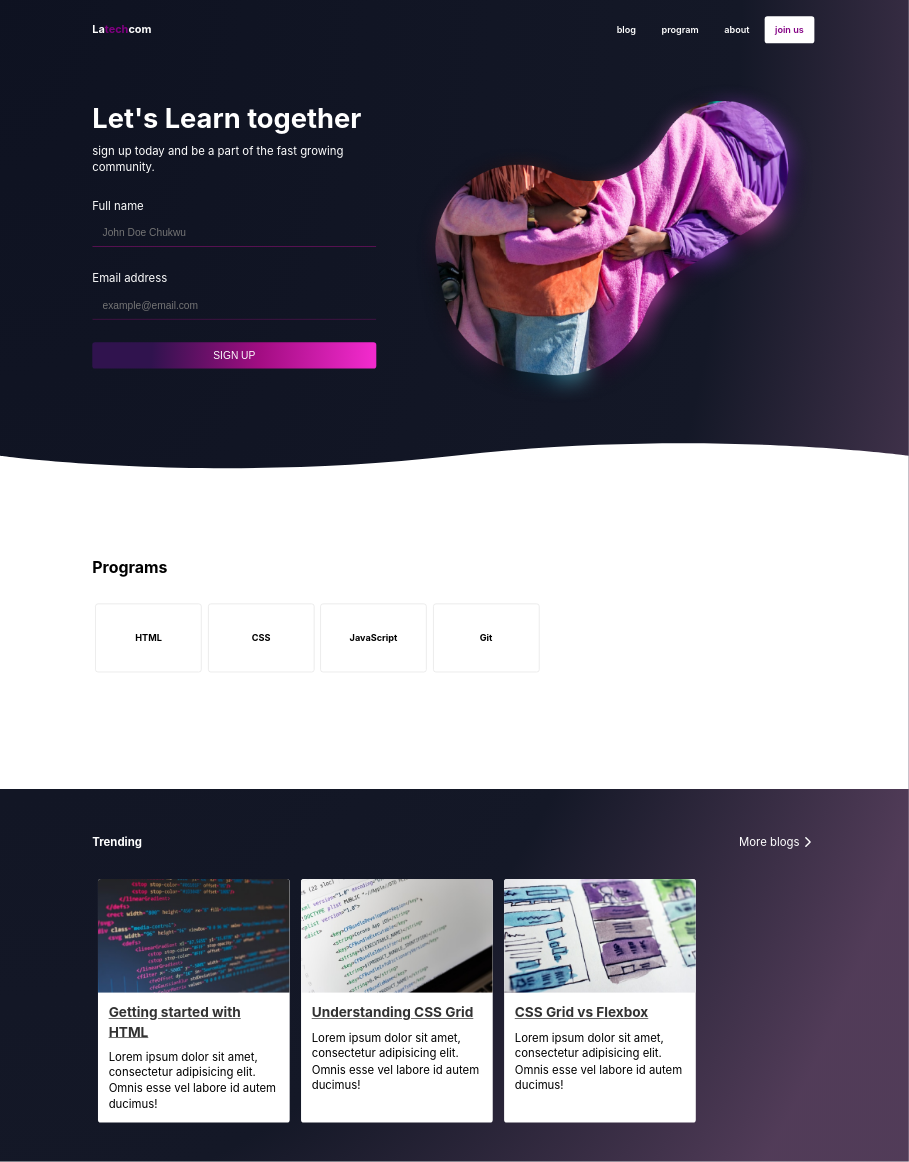
Repository: giprim/community
Page: /
These files come from the project's save history. The page is drawn as it stood at one moment and after a run of saves; the edit follows.
The browser window is 1280 px wide. The pictures show the whole page, at 71% of full size.
The project was rebuilt for these pictures with package versions that can differ from the ones it lists, and the page was loaded fresh each time. Also part of the build but not shown: src/App.css.

Above is the page before, as saved 2020-10-25 23:43:01.

After the next 3 saves:
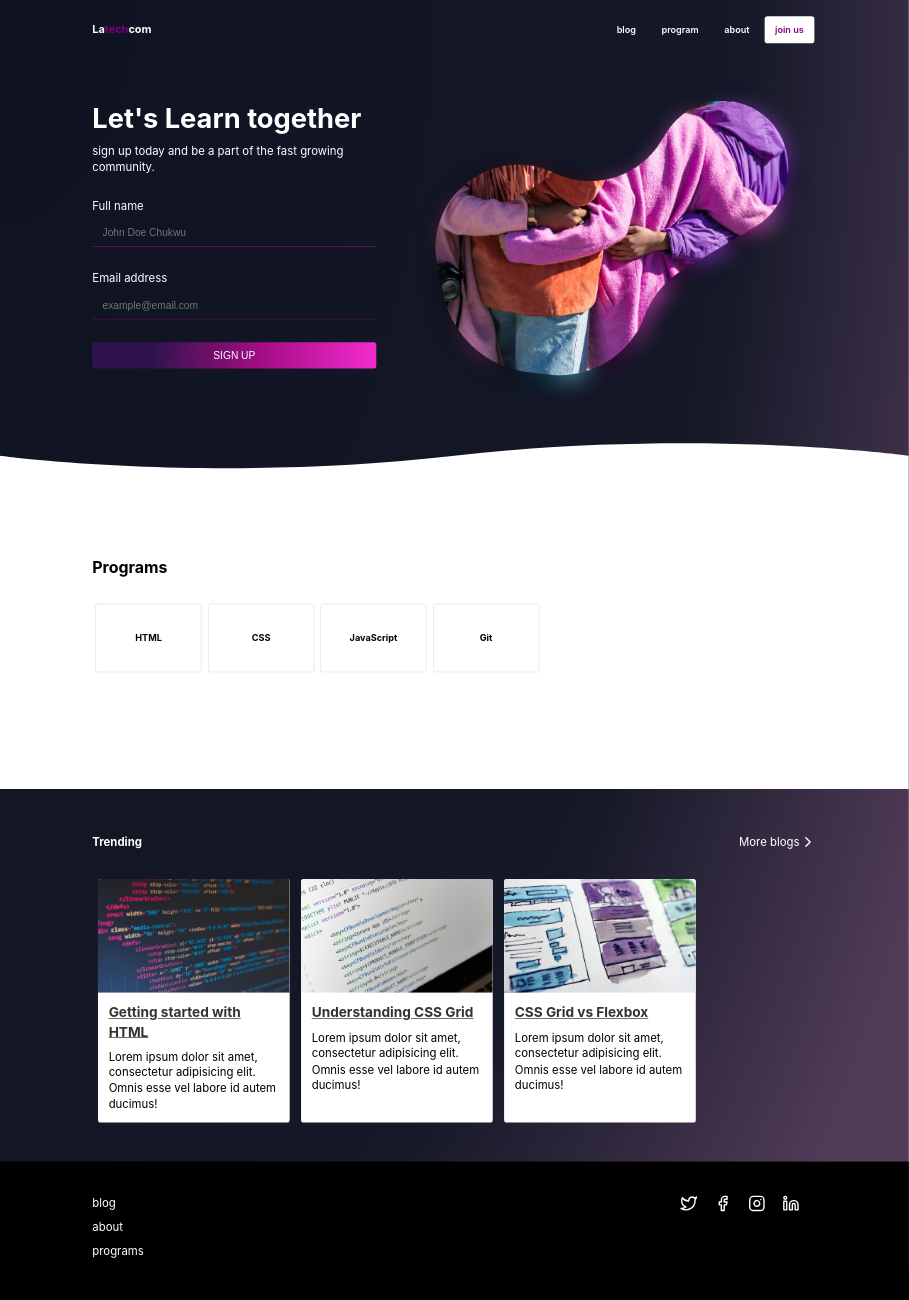
The 3 saves are shown as one change because 1 did not build or start and some came seconds apart.
The last was saved 35 s later.
--- a/src/App.tsx
+++ b/src/App.tsx
@@ -11,10 +11,12 @@ import Home from './pages/Home';
 
 function App() {
   return (
+    <>
     <Switch>
       <Route path='/' exact component={Home} />
+    </Switch>
       <Footer />
-    </Switch>
+      </>
   );
 }
 
